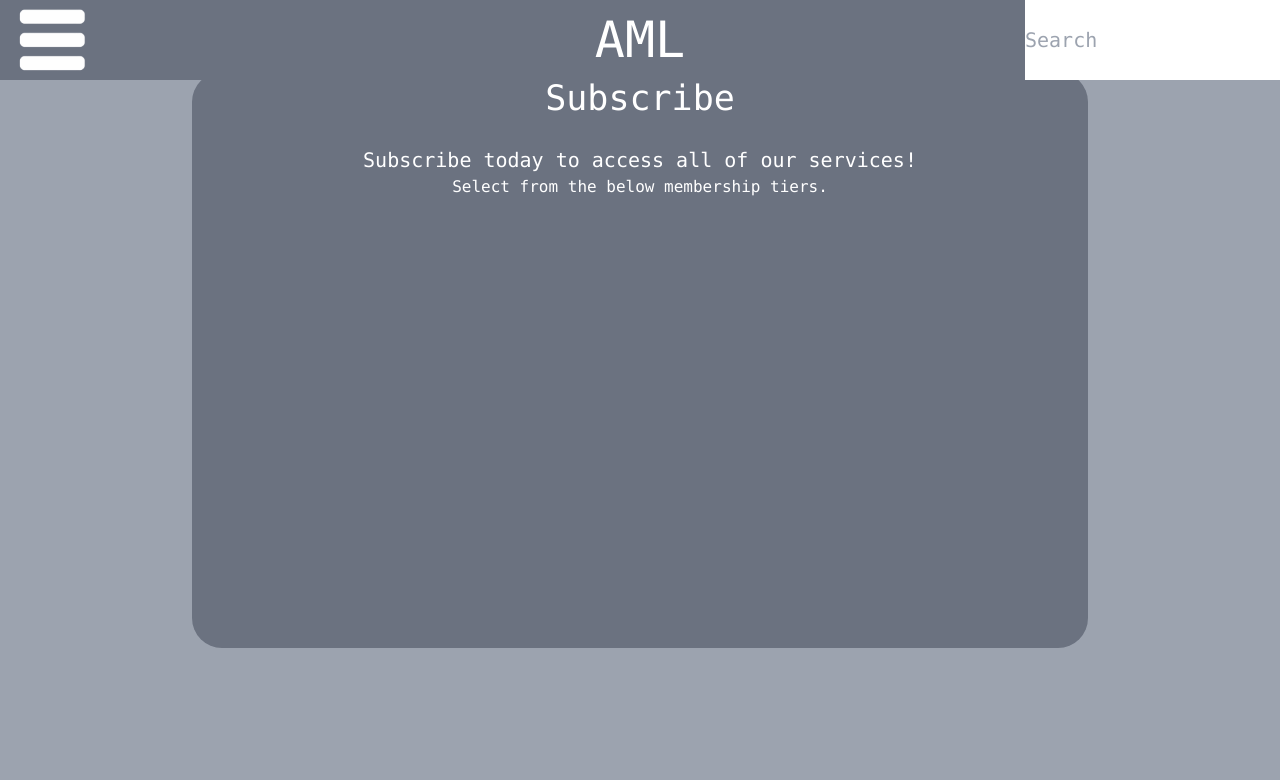
Repository: DuyKhanhDo/AML-Concept
Page: http://localhost/subscribe
The author's editor kept a copy of each file at every save. The page is drawn from the files as they stood at one save, then again after the next save.
The browser window is 1280 px wide. The pictures show the whole page.
Some web libraries are served in a nearby version. The page is served by the project's Laravel application, run on PHP 8.4 with Laravel 12. A made-up administrator, Test User (test@example.com), is signed in. Other server files are loaded and not shown.

Above is the page before, as saved 2024-11-11 12:57:50.

### routes/web.php
<?php

use App\Http\Controllers\RegisterController;
use App\Http\Controllers\LogInController;
use App\Http\Controllers\ProfileController;
use App\Http\Controllers\SubscriptionController;
use Illuminate\Support\Facades\Route;
use Illuminate\Support\Facades\Auth;

Auth::routes();

Route::get('/', function () {
    return view('catalogue');
});

Route::get('/login', [LogInController::class, 'LogInView'])->name('login');
Route::post('/submit-login', [LogInController::class, 'Submit'])->name('submit.login');

Route::get('/register', [RegisterController::class, 'RegisterView'])->name('register');
Route::post('/submit-register', [RegisterController::class, 'Submit'])->name('submit.register');

Route::get('/subscribe', [SubscriptionController::class, 'SubscribeView'])->name('subscribe');

Route::post('/logout', function(){
    Auth::logout();
    return redirect()->back();
})->name('logout');

### app/Models/User.php
<?php

namespace App\Models;

use Illuminate\Auth\Middleware\Authenticate;
use Illuminate\Database\Eloquent\Model;
use Illuminate\Foundation\Auth\User as Authenticatable;
use Illuminate\Notifications\Notifiable;

class User extends Authenticatable
{
    use Notifiable;
    public $timestamps = false;

    protected $table = 'Users';

    protected $fillable = ['name', 'email', 'password', 'dob'];
};

### app/Http/Controllers/SubscriptionController.php
<?php

namespace App\Http\Controllers;

use Illuminate\Http\Request;

class SubscriptionController extends Controller
{
    public function __construct()
    {
        $this->middleware('auth');
    }

    public function SubscribeView()
    {
        return view('subscribe');
    }
}

### resources/views/subscribe.blade.php
<x-base>
    <x-slot:content>
        <main class="flex justify-center items-center h-screen">
            <div class="absolute top-[5vh] bg-gray-500 w-[70vw] h-[80vh] mt-[5vh] rounded-[30px] flex items-center flex-col">
                <h1 class="text-[35px]">Subscribe</h1>
                <h3 class="text-[20px] mt-[20px]">Subscribe today to access all of our services!</h3>
                <h5>Select from the below membership tiers.</h5>
                <button class="bg-gray-700 rounded-[10px] w-[20rem] h-[20rem] shadow-lg mt-[40rem]">
                    <h2 class="text-[40px] mb-[10px]">Basic</h2>
                    <h2 class="text-[30px] mb-[30px]">£5 per month</h2>
                    <h3>Access to borrowing media</h3>
                </button>
            </div>
        </main>
    </x-slot>
</x-base>

### resources/views/components/base.blade.php
<!DOCTYPE html>
<html lang="en">
<head>
    <meta charset="UTF-8">
    <meta name="viewport" content="width=device-width, initial-scale=1.0">
    <title>AML</title>
    <script src="https://cdn.tailwindcss.com"></script>
</head>
<body class="bg-gray-400 font-mono">
    <x-navigation-bar></x-navigation-bar>
    <main class="mt-[5vh] text-white text-center">
        {{ $content }}
    </main>
</body>
</html>

### resources/views/components/navigation-bar.blade.php
<div class="fixed left-0 top-0 w-full h-[5rem] flex items-center justify-center bg-gray-500 m-0 p-0 box-border font-mono z-50">
    <button id="toggle-sidebar" class="absolute left-0 ml-[10px] h-full"><img class="h-full" draggable="false" src="{{ asset('assets/sidebar-img.png') }}" alt=""></button>
    <h1 class="text-[50px] text-white">AML</h1>
    <input type="text" class="absolute right-0 ml-[10px] h-full radius-[20px] text-[20px]" placeholder="Search">
</div>
<div id="sidebar" class="fixed left-0 top-[5rem] bg-gray-500 w-[20rem] h-[95vh] flex flex-col opacity-0 z-50 transition-opacity duraction-900">
    <ul class="text-center text-white w-full flex items-center">
        <x-side-bar-btn :csrf=false method="GET" route="/" name="Catalogue"></x-side-bar-btn>
    </ul>
    <ul class="absolute bottom-0 flex flex-col text-center text-white w-full flex items-center">
        @if (Auth::check())
            <x-side-bar-btn :csrf=true method="POST" route="{{ route('logout') }}" name="Sign out"></x-side-bar-btn>
        @else
            <x-side-bar-btn :csrf=false method="GET" route="{{ route('login') }}" name="Log in"></x-side-bar-btn>
            <x-side-bar-btn :csrf=false method="GET" route="{{ route('register') }}" name="Register"></x-side-bar-btn>
        @endif
    </ul>
</div>

<script>
    const button = document.getElementById('toggle-sidebar')
    const sidebar = document.getElementById('sidebar')

    button.addEventListener('click',function(){
        sidebar.classList.toggle('opacity-0');
        sidebar.classList.toggle('opacity-100');
    })
</script>

### resources/views/components/side-bar-btn.blade.php
<form class="w-full" method="{{ $method }}" action='{{ $route }}'>
    @if ($csrf == true)
        @csrf
    @endif

    <li class="mx-auto bg-gray-700 w-full h-[5rem] mb-[10px] flex items-center justify-center">
        <button type="submit" class="font-mono text-[30px] w-full">
            {{ $name }}
        </button>
    </li>
</form>

Loaded but not shown: app/Http/Controllers/Auth/ConfirmPasswordController.php (common file); app/Http/Controllers/Controller.php (common file)

After the next save:
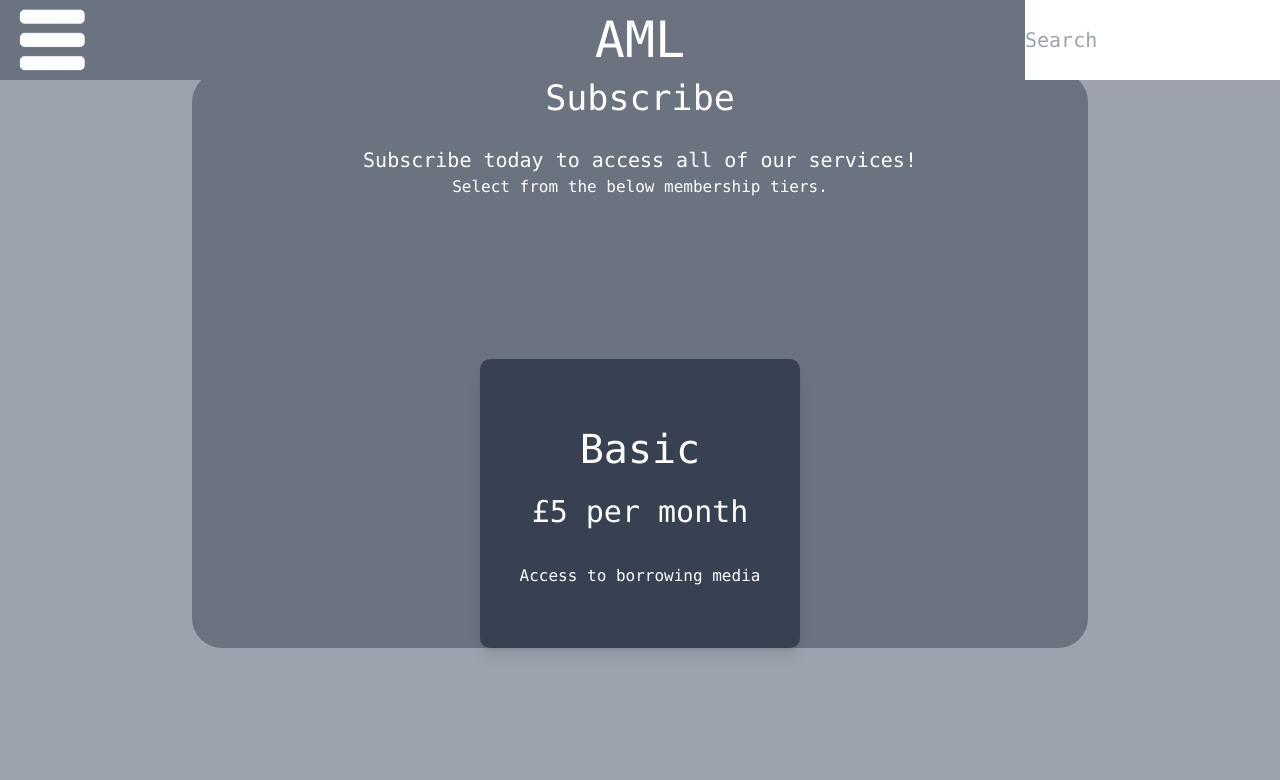
Saved 5 s later.
--- a/resources/views/subscribe.blade.php
+++ b/resources/views/subscribe.blade.php
@@ -5,7 +5,7 @@
                 <h1 class="text-[35px]">Subscribe</h1>
                 <h3 class="text-[20px] mt-[20px]">Subscribe today to access all of our services!</h3>
                 <h5>Select from the below membership tiers.</h5>
-                <button class="bg-gray-700 rounded-[10px] w-[20rem] h-[20rem] shadow-lg mt-[40rem]">
+                <button class="bg-gray-700 rounded-[10px] w-[20rem] h-[20rem] shadow-lg mt-[10rem]">
                     <h2 class="text-[40px] mb-[10px]">Basic</h2>
                     <h2 class="text-[30px] mb-[30px]">£5 per month</h2>
                     <h3>Access to borrowing media</h3>

After the 3 saves that followed:
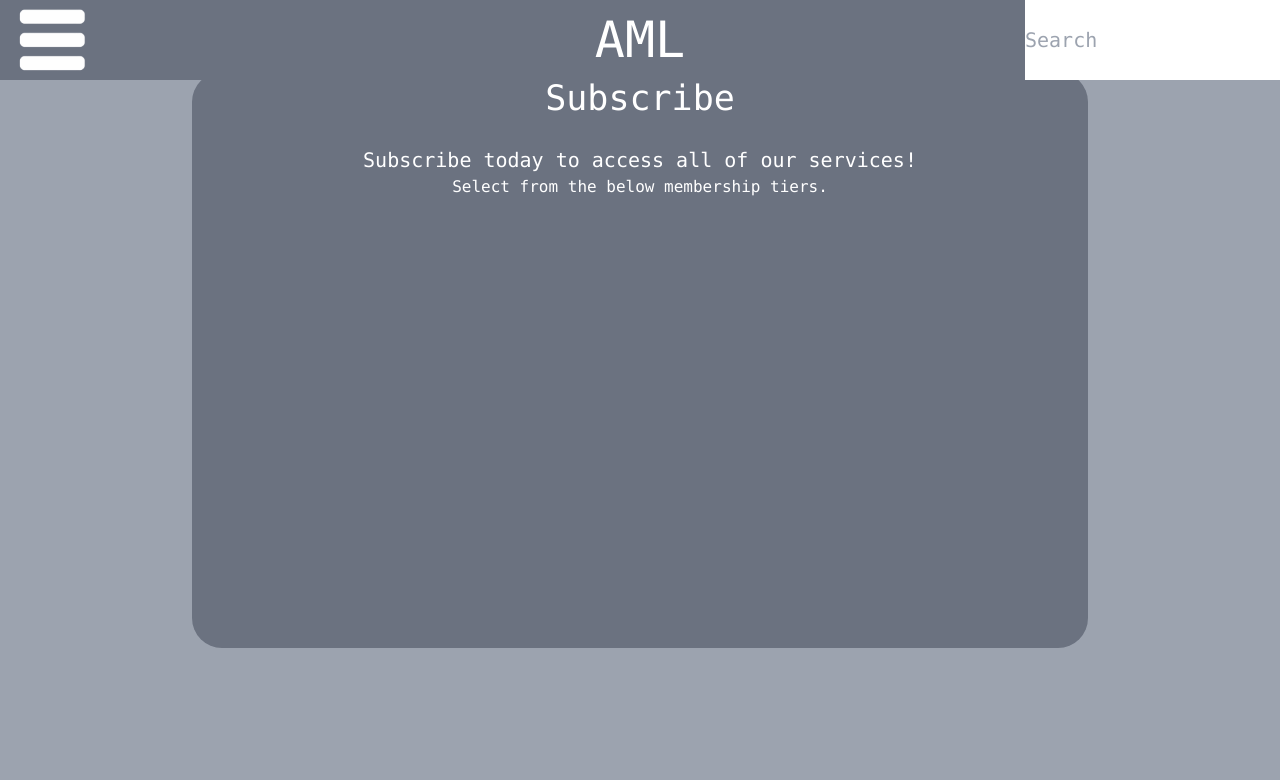
The 3 saves are shown as one change because 1 left the picture as it was and some came seconds apart.
The last was saved 17 s later.
--- a/resources/views/subscribe.blade.php
+++ b/resources/views/subscribe.blade.php
@@ -5,11 +5,7 @@
                 <h1 class="text-[35px]">Subscribe</h1>
                 <h3 class="text-[20px] mt-[20px]">Subscribe today to access all of our services!</h3>
                 <h5>Select from the below membership tiers.</h5>
-                <button class="bg-gray-700 rounded-[10px] w-[20rem] h-[20rem] shadow-lg mt-[10rem]">
-                    <h2 class="text-[40px] mb-[10px]">Basic</h2>
-                    <h2 class="text-[30px] mb-[30px]">£5 per month</h2>
-                    <h3>Access to borrowing media</h3>
-                </button>
+
             </div>
         </main>
     </x-slot>
